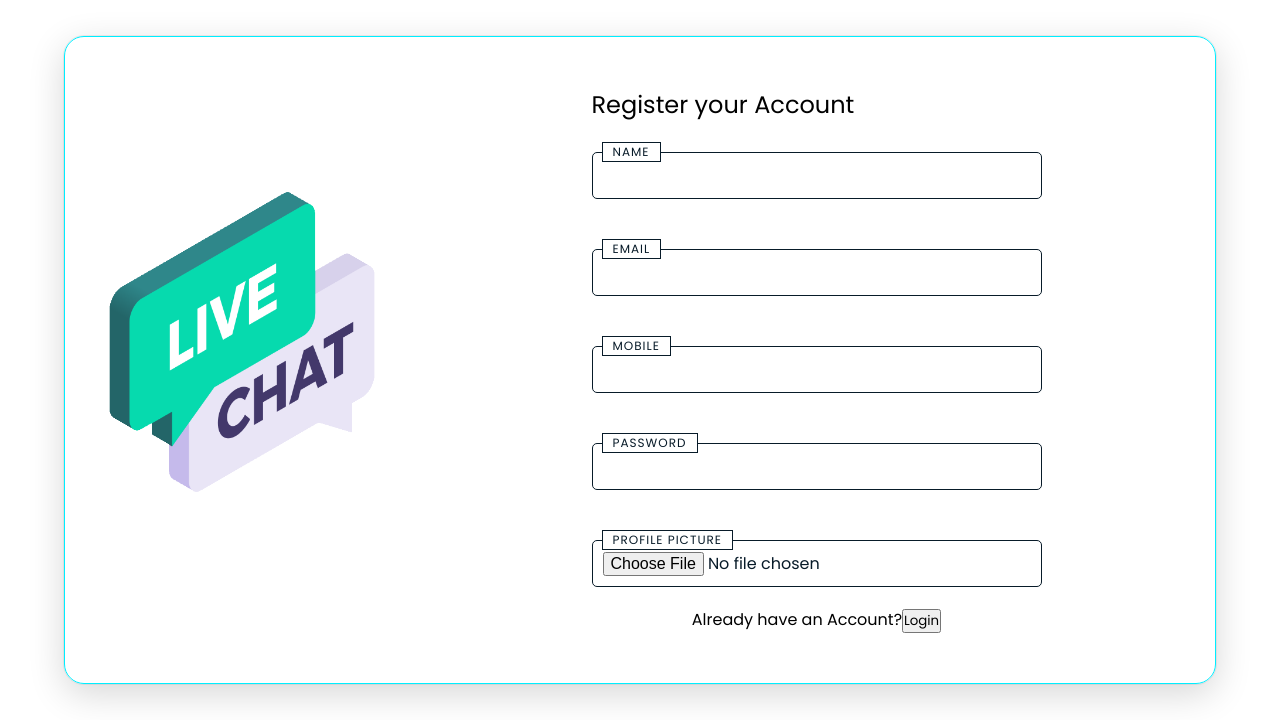
Repository: swastikjhacoder/mern-chat-frontend-only
Page: /
An editor plug-in stored every save of this project. The page is shown before and after a run of saves, followed by the edit.
The browser window is 1280 px wide. The pictures show the whole page.
The project was rebuilt for these pictures with package versions that can differ from the ones it lists, and the page was loaded fresh each time. Also part of the build but not shown: src/components/chat/ConversationList.jsx, src/components/chat/SideBar.jsx, src/components/MainContainer.jsx, src/components/chat/MessageOthers.jsx, src/components/chat/MessageSelf.jsx, src/components/chat/ChatContainer.jsx, src/components/chat/OnlineUsers.jsx, src/components/chat/OnlineUsersGroup.jsx and 4 more.

Above is the page before, as saved 2023-09-22 08:02:48.

After the next 2 saves:
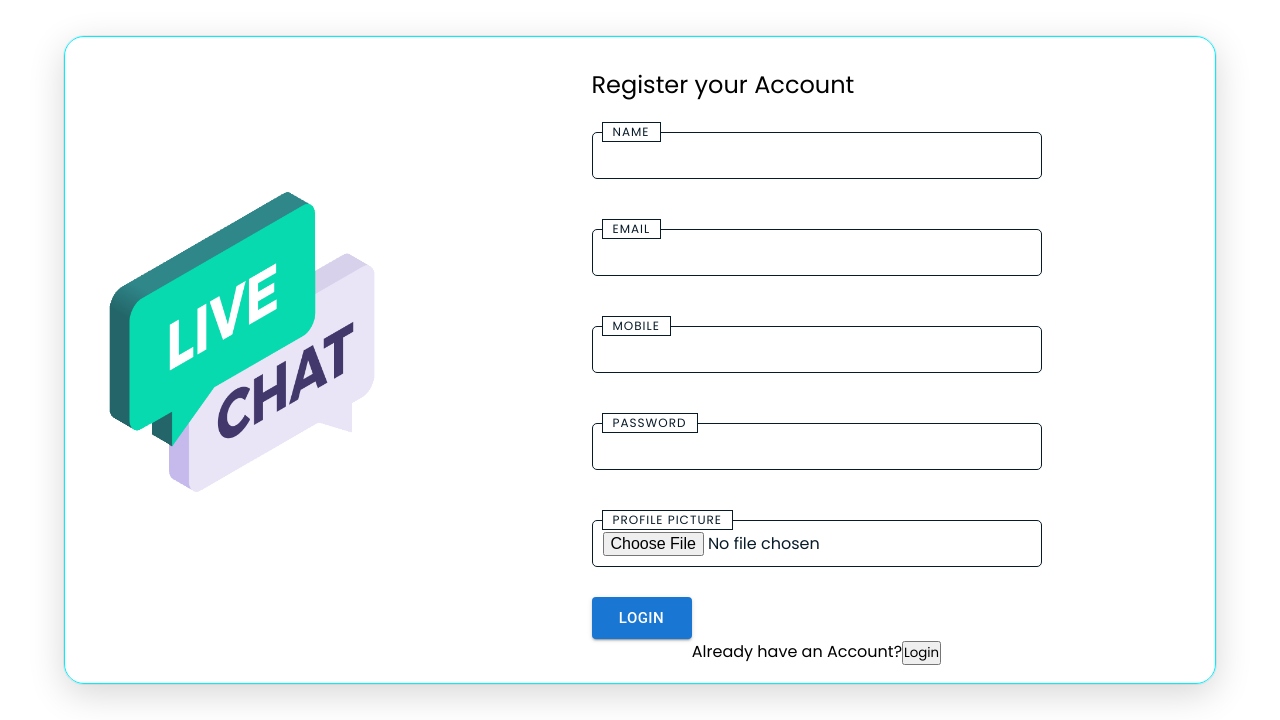
The 2 saves are shown as one change because they came seconds apart.
The last was saved 25 s later.
--- a/src/components/SignUp.jsx
+++ b/src/components/SignUp.jsx
@@ -103,7 +103,9 @@ const SignUp = ({ toggleForm }) => {
             </span>
           </div>
         </div>
-
+        <Button variant="contained" size="large" style={{ width: "100px" }}>
+          Login
+        </Button>
       </div>
       <p className="create-account">
         Already have an Account?
